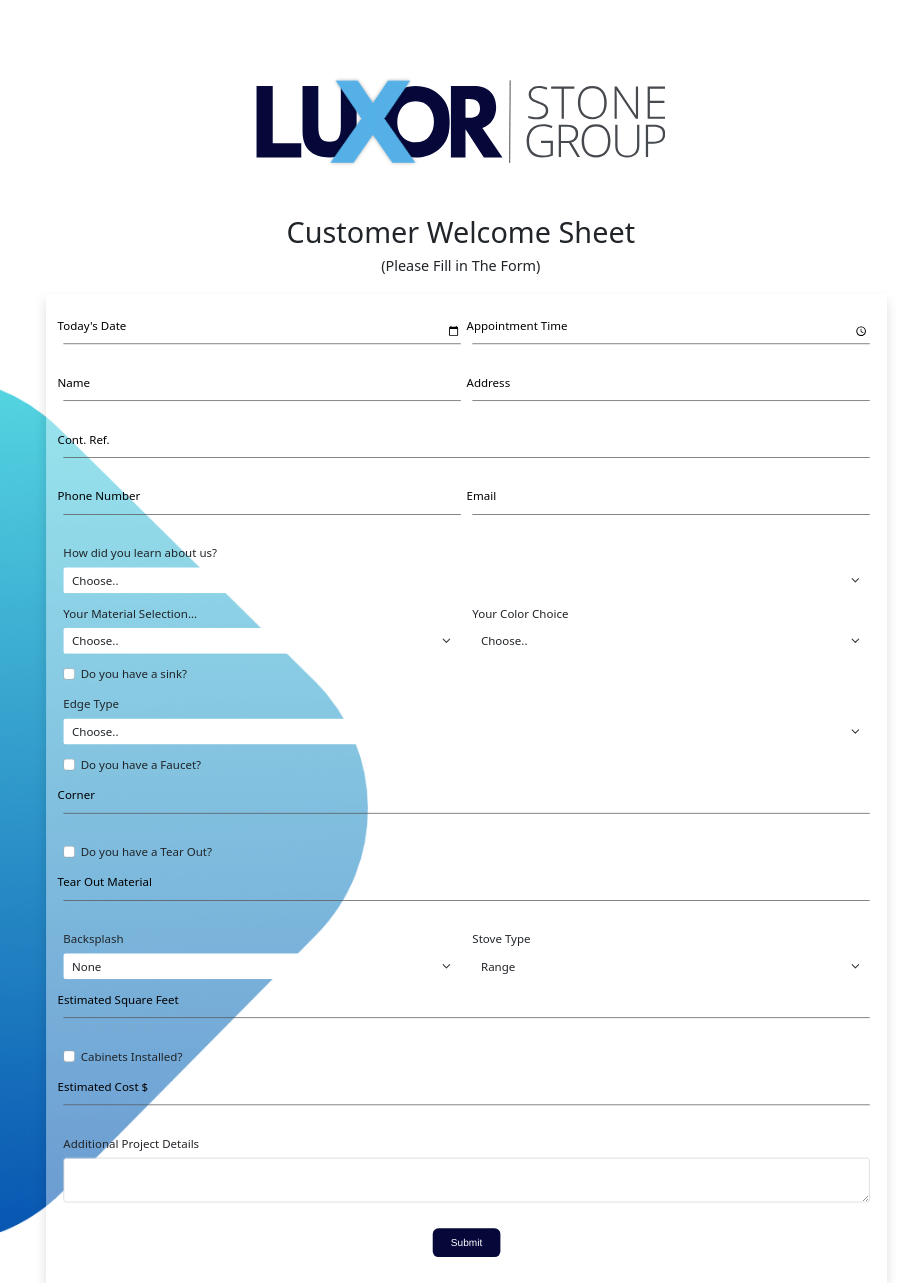
Repository: aya7abbal/Luxor-Customer-Form
Page: index.html
These files come from the project's save history. The page is drawn as it stood at one moment and after the next save; the edit follows.
The browser window is 1280 px wide. The pictures show the whole page, at 72% of full size.
The style sheet was rebuilt from its Sass, Less or Tailwind sources for each picture, by a compiler version that may differ from the author's.

Above is the page before, as saved 2023-10-21 11:58:09.

After the next save:
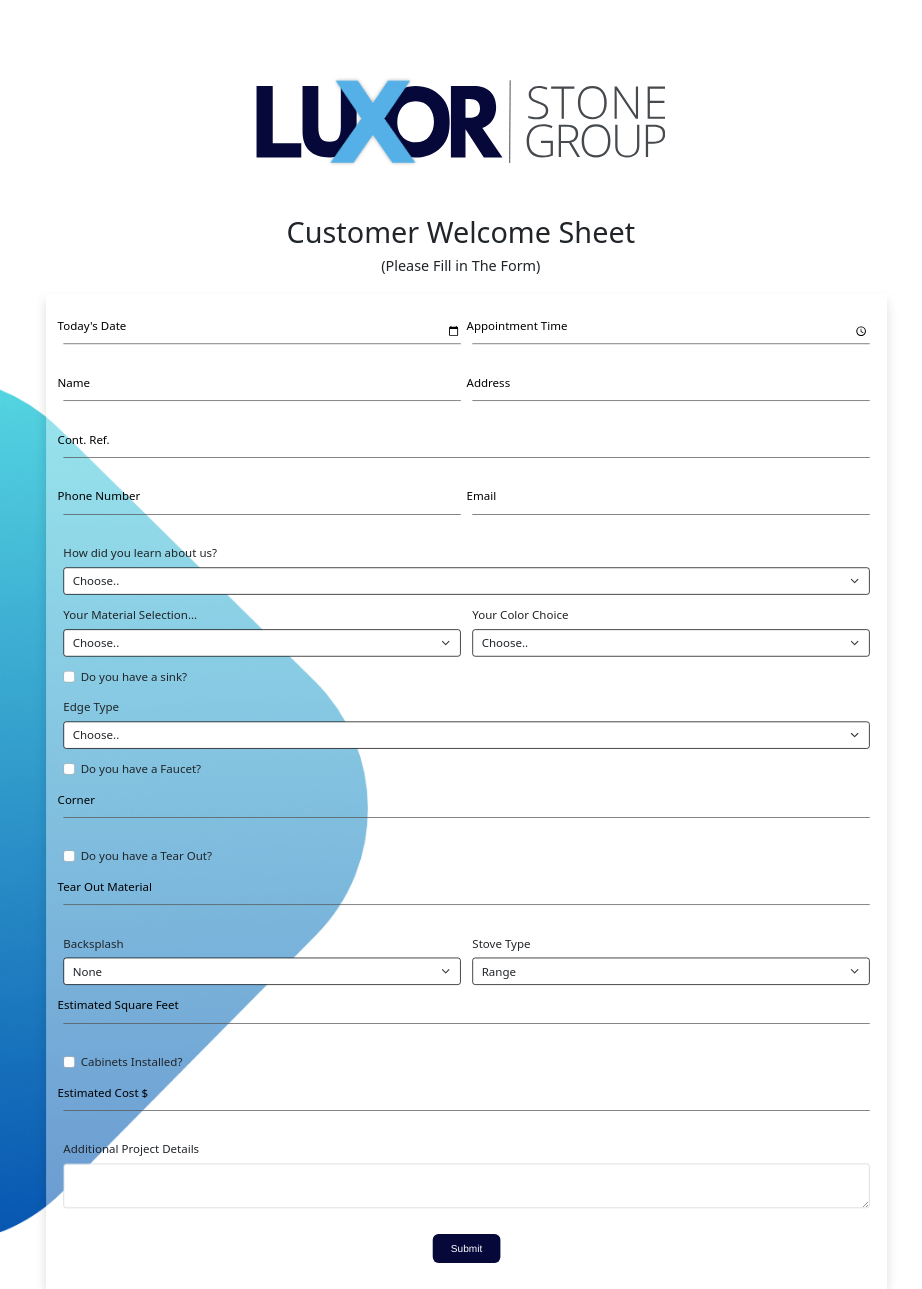
Saved 16 s later.
--- a/Styles/styles.scss
+++ b/Styles/styles.scss
@@ -36,7 +36,7 @@
   }
 
   .form-select{
-      border: none;
+      border: 1px solid black;
   }
 }
 
